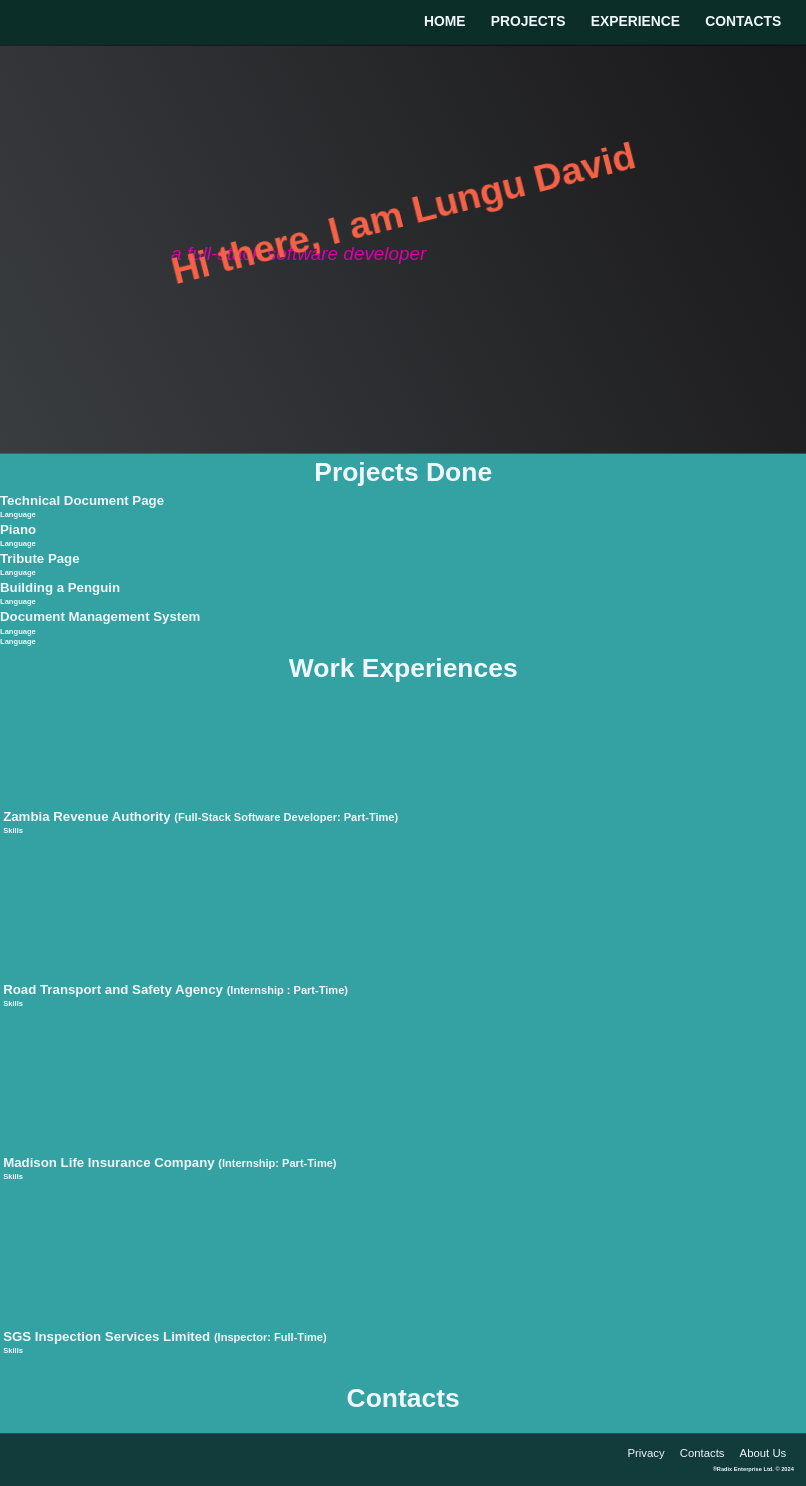
Repository: Lungdjos/personal_portifolio
Page: html/index.html
The author's editor kept a copy of each file at every save. The page is drawn from the files as they stood at one save, then again after a run of saves.
The browser window is 1280 px wide. The pictures show the whole page, at 63% of full size.

Above is the page before, as saved 2024-02-02 01:20:22.

### html/index.html
<!DOCTYPE html>
<html lang="en">

<head>
    <meta charset="UTF-8">
    <meta name="viewport" content="width=device-width, initial-scale=1.0">
    <title>Personal Portifolio</title>
    <link rel="stylesheet" href="/css/styles.css">
    <!-- <link href="https://cdn.jsdelivr.net/npm/bootstrap@5.3.2/dist/css/bootstrap.min.css" rel="stylesheet" integrity="sha384-T3c6CoIi6uLrA9TneNEoa7RxnatzjcDSCmG1MXxSR1GAsXEV/Dwwykc2MPK8M2HN" crossorigin="anonymous"> -->
</head>

<body>
    <header class="header">
        <nav id="navbar">
            <ul class="nav-list">
                <li><a href="#Home" class="nav-link"><i class=""></i>Home</a></li>
                <li>
                    <a href="#Works" class="nav-link"> <i class=""></i>Projects</a>
                </li>
                <li>
                    <a href="#Work-Experience" class="nav-link"> <i class=""></i>Experience</a>
                </li>
                <li><a href="#Contacts" class="nav-link"><i class=""></i>Contacts</a></li>
            </ul>
        </nav>
    </header>
    <main class="m-3">
        <div id="spacer"></div>
        <section class="home" id="Home">
            <div id="welcome-section">
                <h1 id="title">Hi there, I am Lungu David</h1>
                <p id="sub-title">a full-stack software developer</p>
            </div>
        </section>
        <div id="spacer"></div>
        <section class="works" id="Works">
            <h2>Projects Done</h2>
            <div class="grid">
                <div class="projects">
                    <h3>Technical Document Page</h3>
                    <h6 class="language">Language</h6>
                    <p>
                        <ul>
                            <li></li>
                        </ul>
                    </p>
                </div>
                <div class="projects">
                    <h3>Piano</h3>
                    <h6 class="language">Language</h6>
                    <p>
                        <ul>
                            <li></li>
                        </ul>
                    </p>
                </div>
                <div class="projects">
                    <h3>Tribute Page</h3>
                    <h6 class="language">Language</h6>
                    <p>
                        <ul>
                            <li></li>
                        </ul>
                    </p>
                </div>
                <div class="projects">
                    <h3>Building a Penguin</h3>
                    <h6 class="language">Language</h6>
                    <p>
                        <ul>
                            <li></li>
                        </ul>
                    </p>
                </div>
                <div class="projects">
                    <h3>Document Management System</h3>
                    <h6 class="language">Language</h6>
                    <p>
                        <ul>
                            <li></li>
                        </ul>
                    </p>
                </div>
                <div class="projects">
                    <h3></h3>
                    <h6 class="language">Language</h6>
                    <p>
                        <ul>
                            <li></li>
                        </ul>
                    </p>
                </div>
            </div>
        </section>
        <div id="spacer"></div>
        <section class="" id="Work-Experience">
            <h2>Work Experiences</h2>
            <div id="grid">
                <div id="icon"></div>
                <div class="experience">
                    <h3>Zambia Revenue Authority <small>(Full-Stack Software Developer: Part-Time)</small></h3>
                    <h6 class="skills">Skills</h6>
                    <p>
                        <ul>
                            <li></li>
                            <li></li>
                            <li></li>
                            <li></li>
                        </ul>
                    </p>
                </div>
            </div>

            <div id="grid">
                <div id="icon"></div>
                <div class="experience">
                    <h3>Road Transport and Safety Agency <small>(Internship : Part-Time)</small></h3>
                    <h6 class="skills">Skills</h6>
                    <p>
                        <ul>
                            <li></li>
                            <li></li>
                            <li></li>
                            <li></li>
                        </ul>
                    </p>
                </div>
            </div>

            <div id="grid">
                <div id="icon"></div>
                <div class="experience">
                    <h3>Madison Life Insurance Company <small>(Internship: Part-Time)</small></h3>
                    <h6 class="skills">Skills</h6>
                    <p>
                        <ul>
                            <li></li>
                            <li></li>
                            <li></li>
                            <li></li>
                        </ul>
                    </p>
                </div>
            </div>

            <div id="grid">
                <div id="icon"></div>
                <div class="experience">
                    <h3>SGS Inspection Services Limited <small>(Inspector: Full-Time)</small></h3>
                    <h6 class="skills">Skills</h6>
                    <p>
                        <ul>
                            <li></li>
                            <li></li>
                            <li></li>
                            <li></li>
                        </ul>
                    </p>
                </div>
            </div>
        </section>
        <div id="spacer"></div>
        <section class="contact" id="Contacts">
            <h2>Contacts</h2>
        </section>
    </main>
    <footer>
        <ul>
            <li><a href="">Privacy</a></li>
            <li><a href="">Contacts</a></li>
            <li><a href="">About Us</a></li>
        </ul>
        <span>&REG;Radix Enterprise Ltd. &copy; 2024</span>
    </footer>
</body>

</html>

### css/styles.css
/** STYLING FOR THE PORTIFOLIO **/


/* the root selector */

:root {
    /* colors */
    --main-col: aliceblue;
    --bc-1: #34a2a2;
    --bc-2: #0b2e28;
    --bc-3: #123b3b;
    --bc-4: #45567d;
    /* values */
}

html {
    font-size: 62.5%;
    box-sizing: border-box;
    scroll-behavior: smooth;
}

* {
    margin: 0;
    padding: 0;
}


/* box-sizing and font sizing */

*,
*::before,
*::after {
    box-sizing: inherit;
}


/* body styling */

body {
    font-family: 'Poppins', sans-serif;
    font-size: 1.8rem;
    font-weight: 400;
    line-height: 1.4;
    color: var(--main-col);
    background-color: var(--bc-1);
}


/* headings styling */

h1,
h2 {
    font-family: 'Raleway', sans-serif;
    font-weight: 600;
    text-align: center;
}

h1 {
    font-size: 6rem;
}

h2 {
    font-size: 4.2rem;
}


/* List and anchor styling */

ul {
    list-style: none;
}

a {
    color: var(--main-col);
    text-decoration: none;
}

img {
    display: block;
    width: 100%;
}


/* nav bar styling */

nav {
    font-weight: 600;
}

.header {
    display: flex;
    justify-content: flex-end;
    position: fixed;
    top: 0;
    left: 0;
    width: 100%;
    box-shadow: 0 2px 0 rgba(0, 0, 0, 0.4);
    z-index: 10;
    background-color: var(--bc-2);
}

nav>ul {
    display: flex;
    margin-right: 2rem;
    text-transform: uppercase;
}

.nav-list a {
    display: block;
    font-size: 2.2rem;
    padding: 2rem;
}

.nav-list a:hover {
    background: var(--bc-4);
}


/* body tyling */

#spacer {
    max-width: 1000px;
    width: 100%;
    margin: 0 auto;
}

main>li {
    list-style-type: disc;
}


/* Styling or the Home Page */

.home {
    width: 100%;
    height: 100vh;
    display: flex;
    flex-direction: column;
    justify-content: center;
    align-items: center;
    background: inherit;
    background-image: linear-gradient(62deg, #3a3d40 0%, #181719 100%);
}

#welcome-section>p {
    font-size: 3rem;
    font-weight: 200;
    font-style: italic;
    color: #d0a;
}

#title {
    animation: rotateAndChangeColor 4s infinite alternate;
}

#sub-title {
    text-indent: 10px;
}


/* Work Experience */

#Work-Experience {
    margin-top: 5px;
}

#Work-Experience #icon {
    display: flex;
    flex-direction: column;
    justify-content: center;
    height: 150px;
    width: 20vw;
}

#Work-Experience .experience {
    display: flex;
    flex-direction: column;
    justify-content: center;
    height: 125px;
    width: 80vw;
    padding: 5px;
}


/* footer styling */

footer {
    margin-top: 25px;
    padding: 20px;
    width: 100%;
    background-color: var(--bc-3);
}

footer>ul {
    display: flex;
    justify-content: flex-end;
}

footer>ul>li {
    padding: 0 12px;
}

footer>span {
    display: flex;
    justify-content: flex-end;
    margin-top: 6px;
    font-size: .9rem;
    font-weight: bold;
}


/* ANIMATIONS AND EFFECTS */

@keyframes rotateAndChangeColor {
    0% {
        transform: rotate(0deg);
        color: #333;
    }
    100% {
        transform: rotate(360deg);
        color: #ff6347;
        /* Change to the desired color */
    }
}


/* STYLING FOR SMALL DEVICES */


/* 1200px / 16px = 75em */

@media (max-width: 75em) {
    html {
        font-size: 60%;
    }
}


/* 980px / 16px = 61.25em */

@media (max-width: 61.25em) {
    html {
        font-size: 58%;
    }
}


/* 460px / 16px = 28.75em */

@media (max-width: 28.75em) {
    html {
        font-size: 55%;
    }
}


/* nav bar media queries */

@media (max-width: 28.75em) {
    #navbar {
        justify-content: center;
    }
    .nav-list {
        margin: 0 1rem;
    }
}

After the next 3 saves:
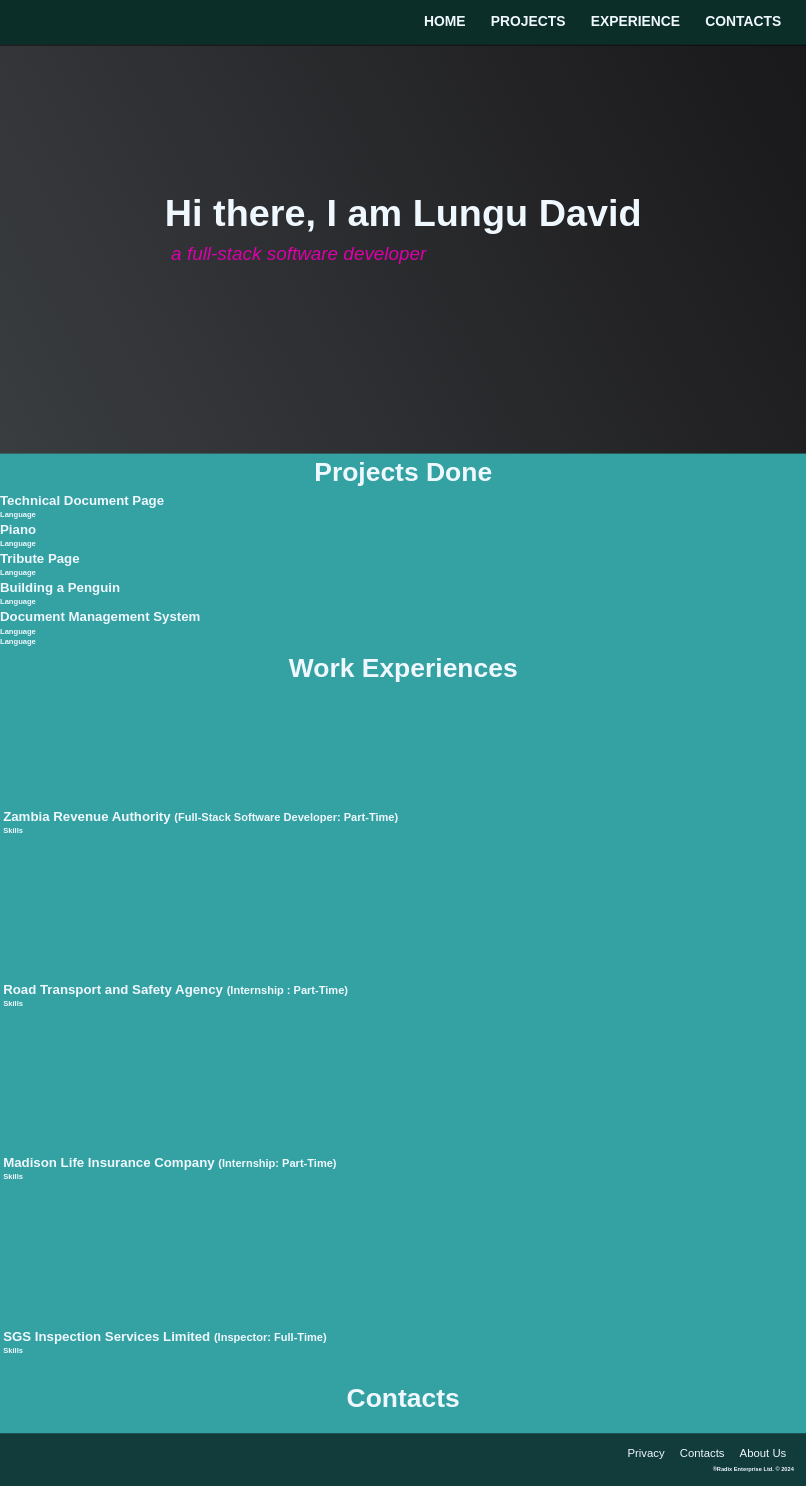
The 3 saves are shown as one change because they came seconds apart.
The last was saved 2 min 0 s later.
--- a/css/styles.css
+++ b/css/styles.css
@@ -150,7 +150,7 @@ main>li {
 }
 
 #title {
-    animation: rotateAndChangeColor 4s infinite alternate;
+    transform-origin: 0;
 }
 
 #sub-title {
